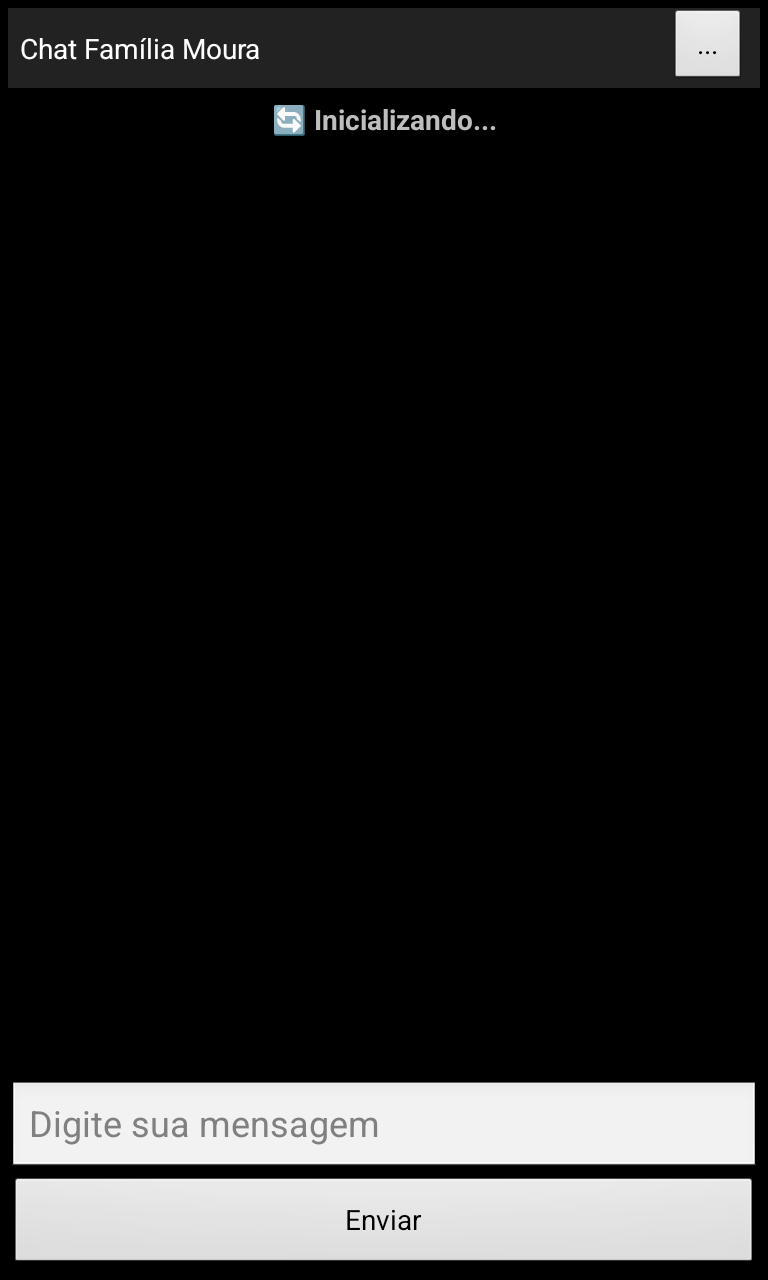
Repository: JoelmirMoura/AppMensagem
Layout: Mensagem/res/layout/main.xml
These files come from the project's save history. The layout is drawn as it stood at one moment and after the next save; the edit follows.
It is drawn on a 768 x 1280 px phone screen (xhdpi) without system bars, with theme android:Theme; the app's code is not run.

Above is the layout before, as saved 2026-04-27 21:46:30.

After the next save:
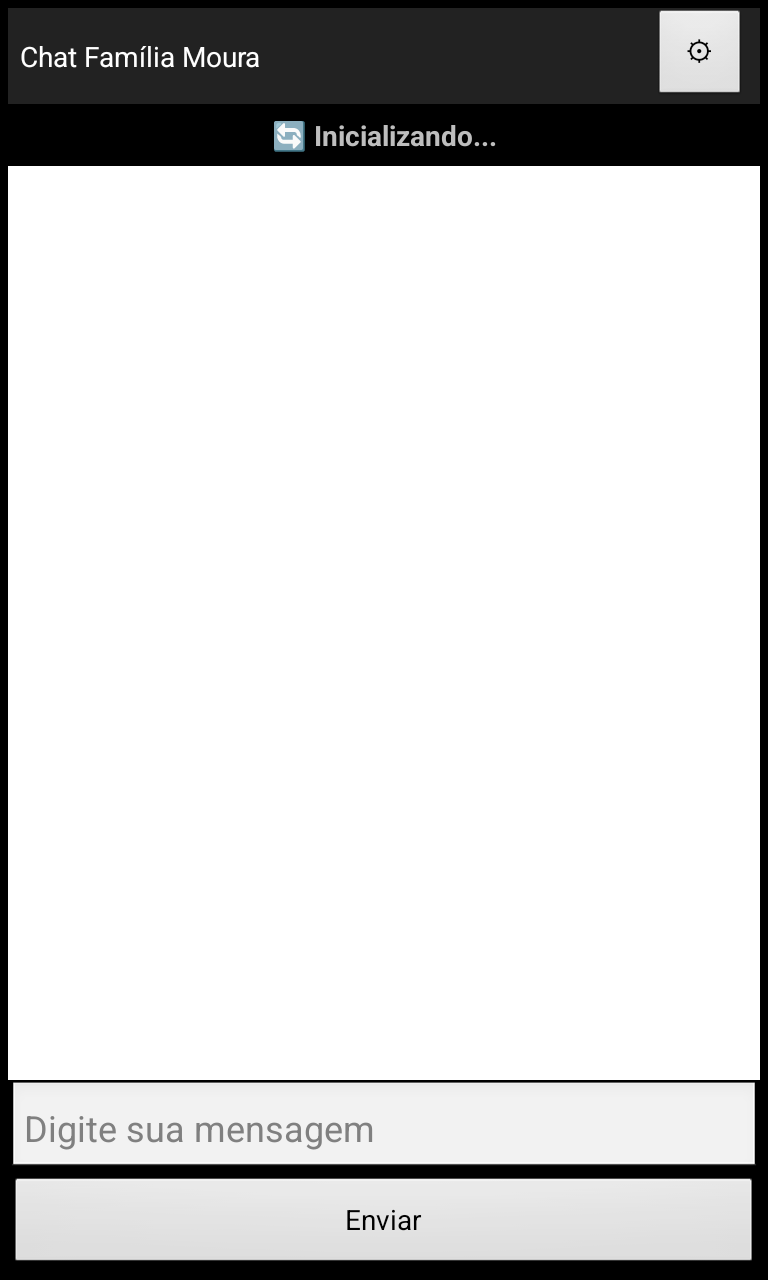
Saved 2 min 14 s later.
--- a/Mensagem/res/layout/main.xml
+++ b/Mensagem/res/layout/main.xml
@@ -7,7 +7,7 @@
     <!-- BARRA SUPERIOR -->
     <LinearLayout
         android:layout_width="fill_parent"
-        android:layout_height="40dp"
+        android:layout_height="48dp"
         android:background="#222222"
         android:orientation="horizontal"
         android:paddingLeft="6dp"
@@ -26,9 +26,9 @@
 
         <Button
             android:id="@+id/btnConfig"
-            android:layout_width="40dp"
-            android:layout_height="40dp"
-            android:text="..."
+            android:layout_width="48dp"
+            android:layout_height="48dp"
+            android:text="⚙"
             android:textSize="14sp" />
 
     </LinearLayout>
@@ -57,7 +57,8 @@
             android:layout_width="fill_parent"
             android:layout_height="wrap_content"
             android:orientation="vertical"
-            android:padding="10dp" />
+            android:padding="10dp"
+            android:background="#FFFFFF" />
     </ScrollView>
 
     <!-- INPUT -->
@@ -68,7 +69,8 @@
         android:hint="Digite sua mensagem"
         android:singleLine="true"
         android:imeOptions="actionSend"
-        android:inputType="text" />
+        android:inputType="text"
+        android:padding="8dp" />
 
     <!-- ENVIAR -->
     <Button
